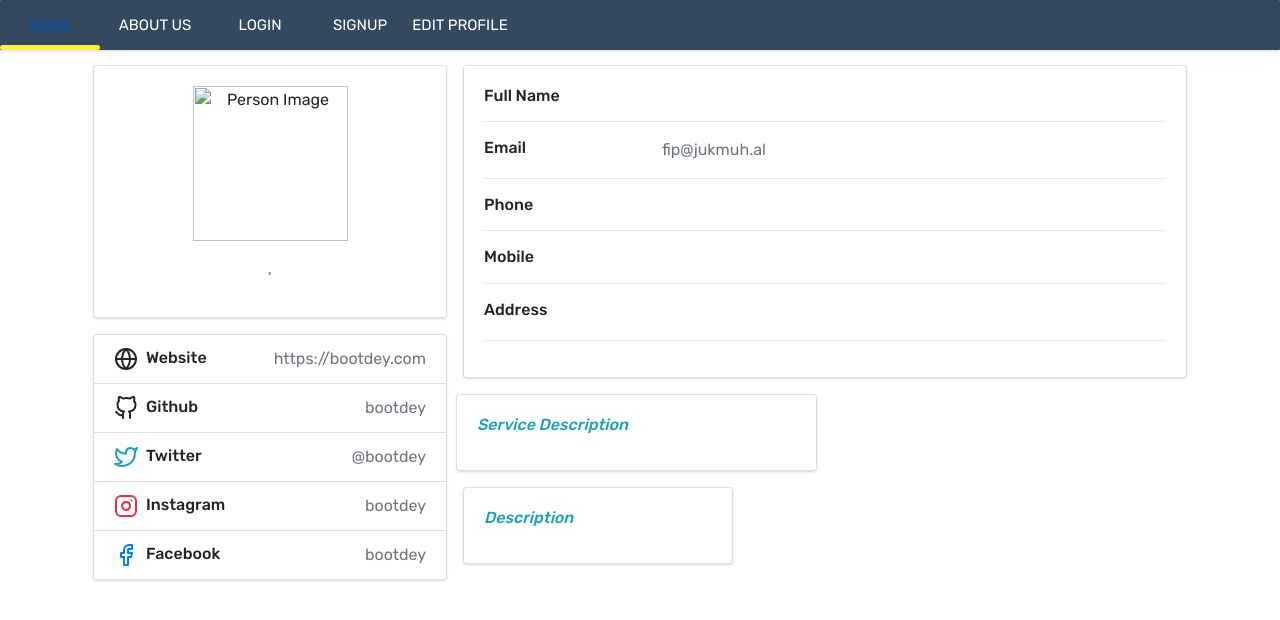
Repository: Chitti-g-k/Paw-Takers
Page: templates/profilepage.html
These files come from the project's save history. The page is drawn as it stood at one moment and after the next save; the edit follows.
The browser window is 1280 px wide. The pictures show the whole page.
The template is drawn by Django 4.2. The application's start-up code is not run. The template is opened directly, without the code that normally fills it, so the values that code supplies are empty.

Above is the page before, as saved 2023-07-16 08:51:41.

After the next save:
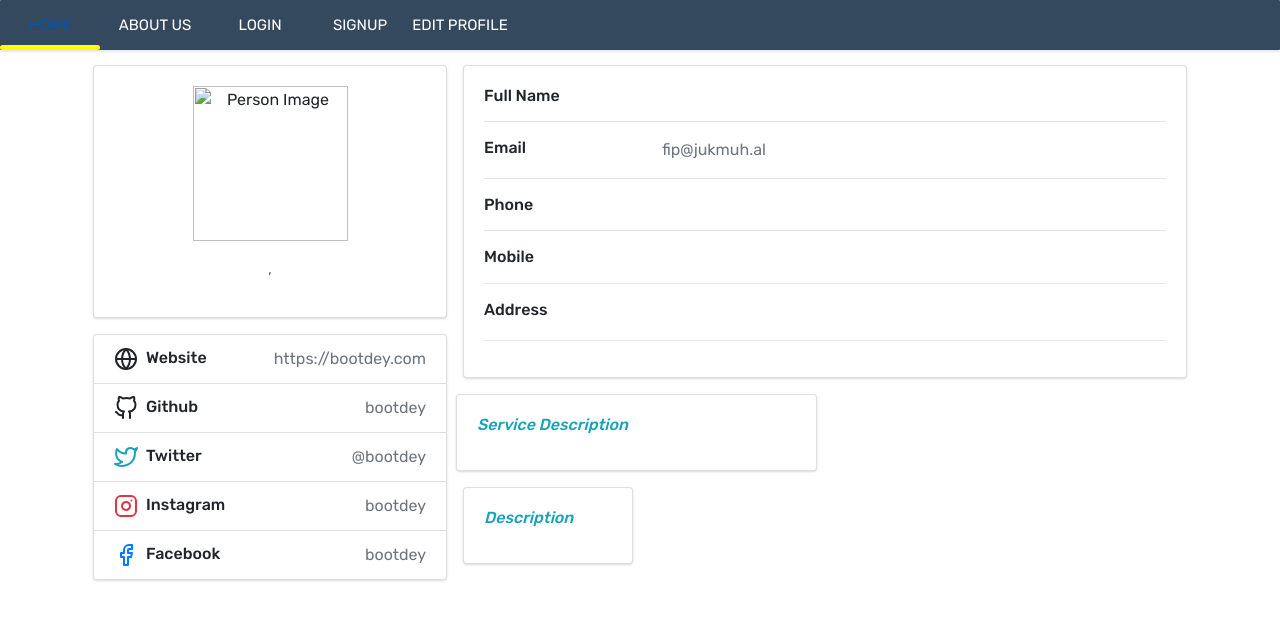
Saved 23 s later.
--- a/templates/profilepage.html
+++ b/templates/profilepage.html
@@ -318,7 +318,7 @@
                           </div>
                         </div>
 
-                        <div class="col-sm-9 mb-5" style="width: 400px;">
+                        <div class="col-sm-6 mb-3" style="width: 400px;">
                             <div class="card h-200">
                               <div class="card-body" >
                                 <h6 class="d-flex align-items-center mb-3"><i class="material-icons text-info mr-2">Description</i></h6>
